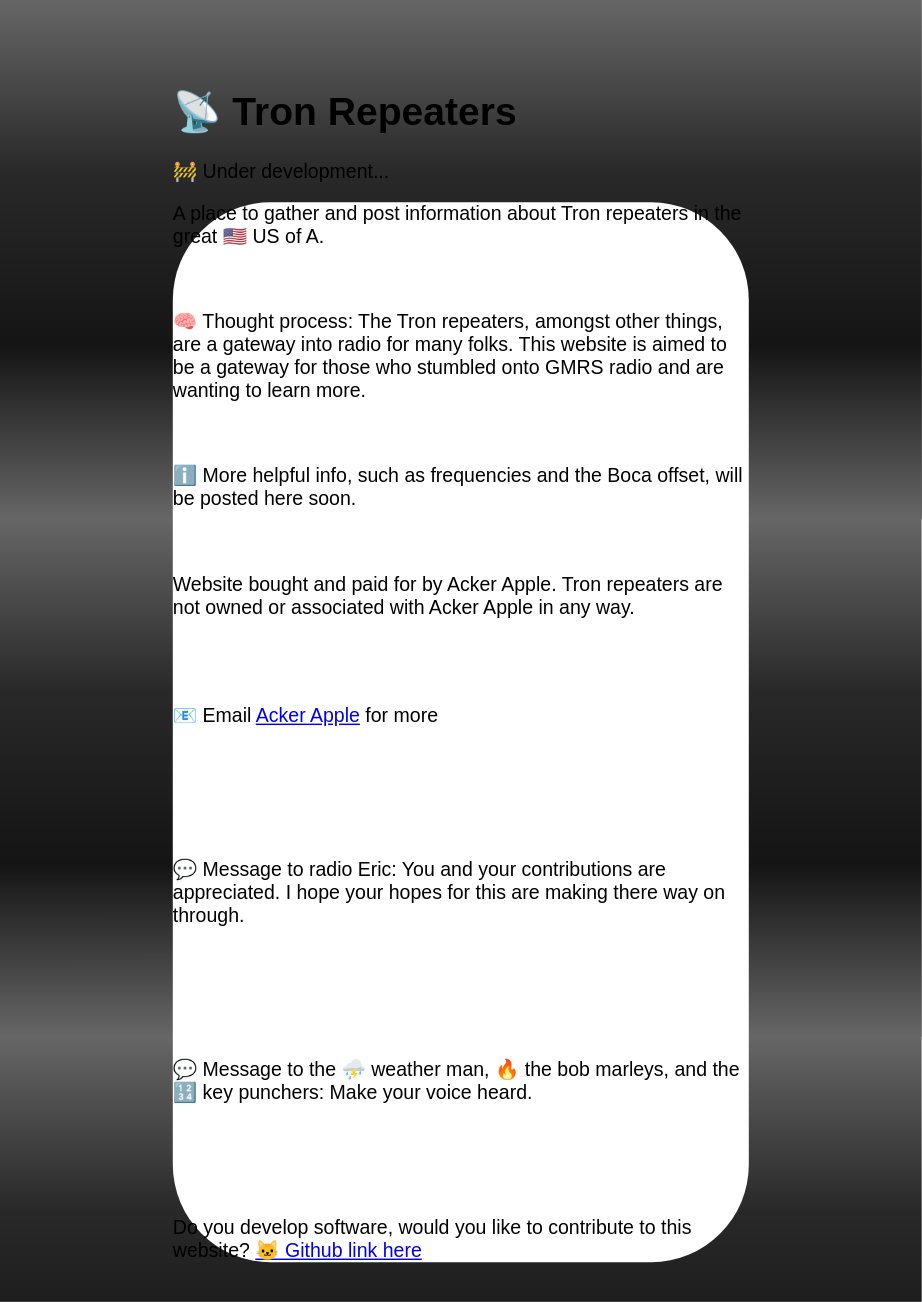
Repository: AckerApple/tronrepeaters
Page: index.html
The author's editor kept a copy of each file at every save. The page is drawn from the files as they stood at one save, then again after the next save.
The browser window is 1280 px wide. The pictures show the whole page, at 72% of full size.
Backgrounds fixed to the window are drawn as part of the page.

Above is the page before, as saved 2025-01-15 14:44:52.

After the next save:
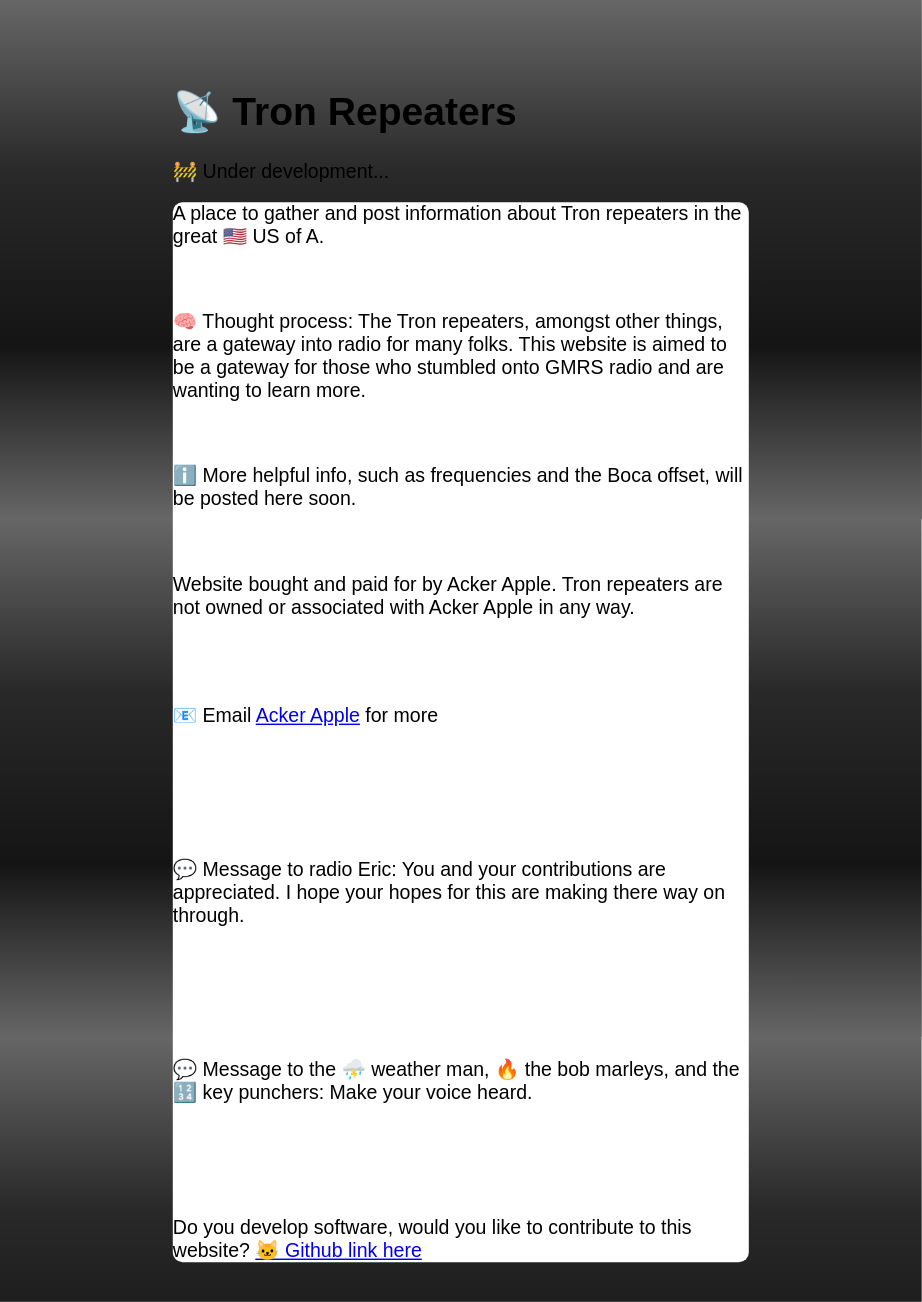
Saved 5 s later.
--- a/index.html
+++ b/index.html
@@ -28,7 +28,7 @@
     <div style="max-width: 800px;margin:2em;">
       <h1> 📡 Tron Repeaters</h1>
       <div>🚧 Under development...</div>
-      <div style="background-color: white;border-radius: 5em;">
+      <div style="background-color: white;border-radius: .5em;">
 
         <p>A place to gather and post information about Tron repeaters in the great 🇺🇸 US of A.</p>
         <br />
